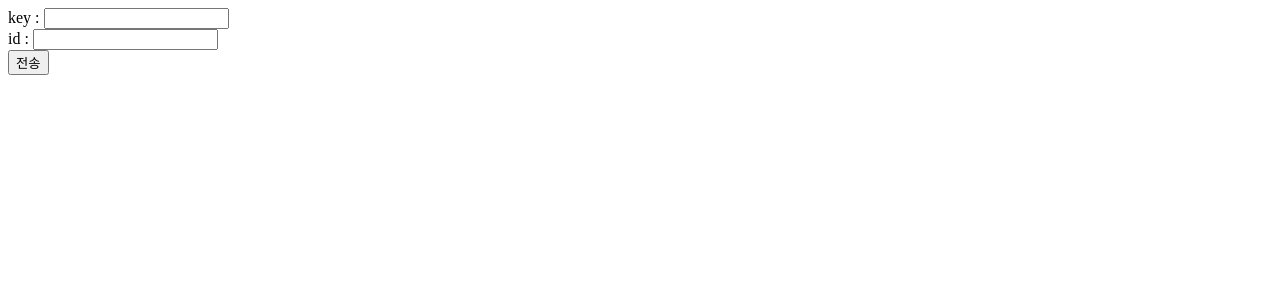
Repository: dambijin/lesson
Page: workspace_java/proj1_hello/src/main/webapp/form.html
An editor plug-in stored every save of this project. The page is shown before and after the next save, followed by the edit.
The browser window is 1280 px wide. The pictures show the whole page.

Above is the page before, as saved 2024-02-20 07:13:32.

After the next save:
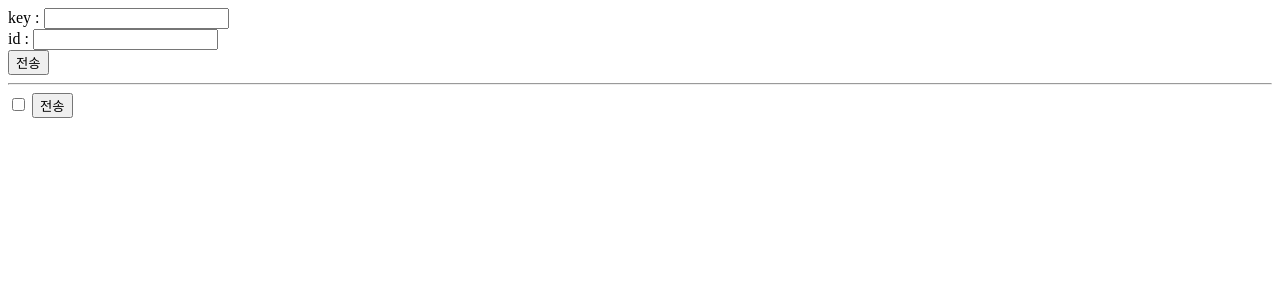
Saved 78 s later.
--- a/workspace_java/proj1_hello/src/main/webapp/form.html
+++ b/workspace_java/proj1_hello/src/main/webapp/form.html
@@ -9,6 +9,9 @@
 	key : <input type="text" name="key"><br>
 	id : <input type="text" name="id"><br>
 	<input type="submit" value="전송">
+	<hr>
+	<input type="checkbox" name="">
+	<input type="submit" value="전송">
 </form>
 </body>
 </html>
